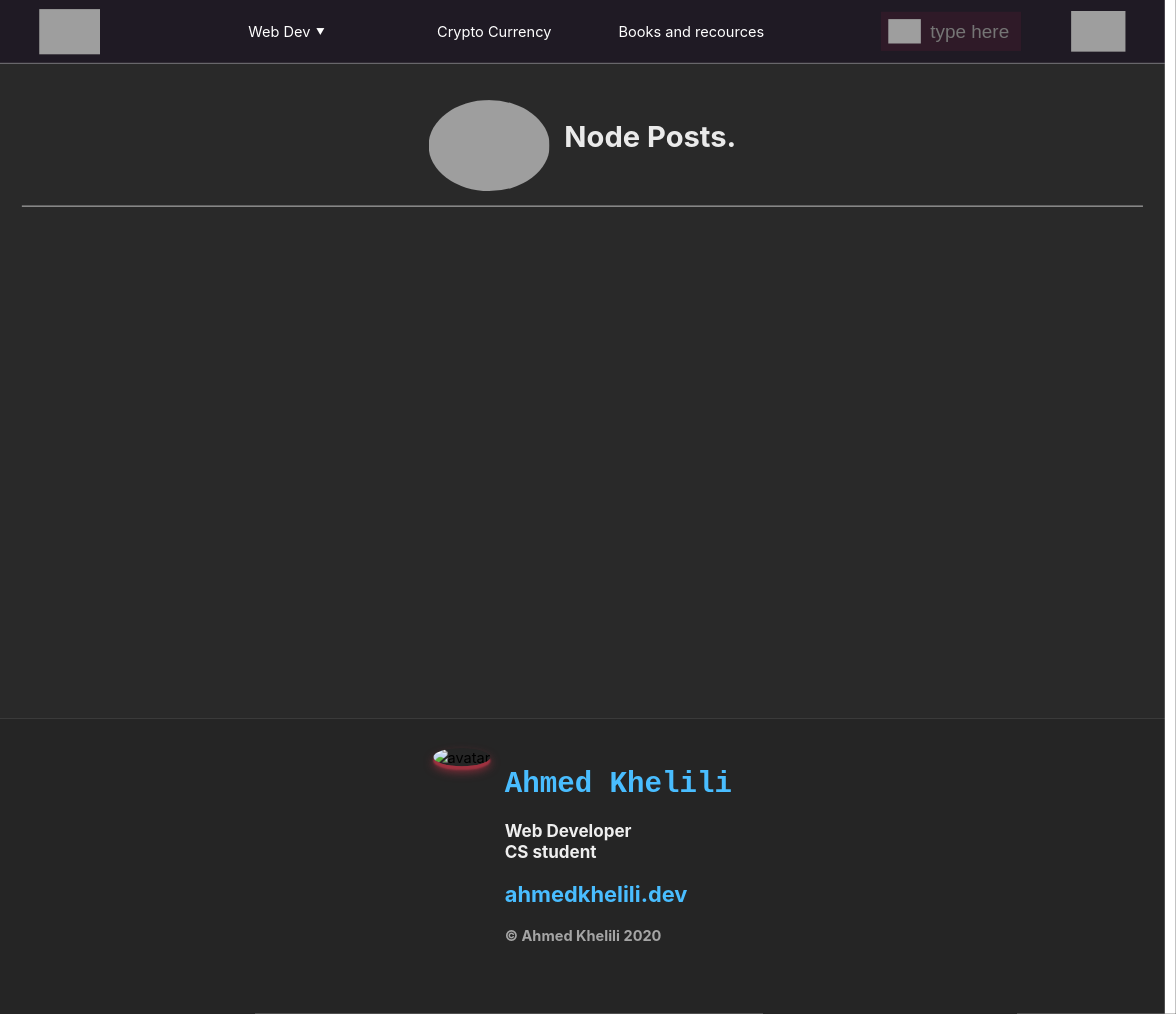
Repository: Midoukh/my-blog
Page: /WebDev/Node
An editor plug-in stored every save of this project. The page is shown before and after the next save, followed by the edit.
The browser window is 1280 px wide. The page is 1292 px wide, so the pictures cover 1292 px, including what lies to the right of the window. The pictures show the whole page, at 91% of full size.
Pictures or frames that could not be fetched are drawn as grey boxes. The page's requests for data from a server got no answer. Some web fonts or font styles are not loaded; a fallback is used. The project was rebuilt for these pictures with package versions that can differ from the ones it lists, and the page was loaded fresh each time. The framework's server and built-in components were replaced by stand-ins that run in the browser. No one was signed in, and anything a server would have sent is missing. Also part of the build but not shown: next.config.js, Components/Backdrop/Backdrop.jsx, Components/Form/Form.module.css, UI/Button/Button.module.css, UI/Button/Button.jsx, Components/Form/Form.jsx, Components/Nav/DropDown/DropDown.module.css, Components/Nav/DropDown/DropDown.jsx and 1 more.

Above is the page before, as saved 2021-12-26 17:59:46.

After the next save:
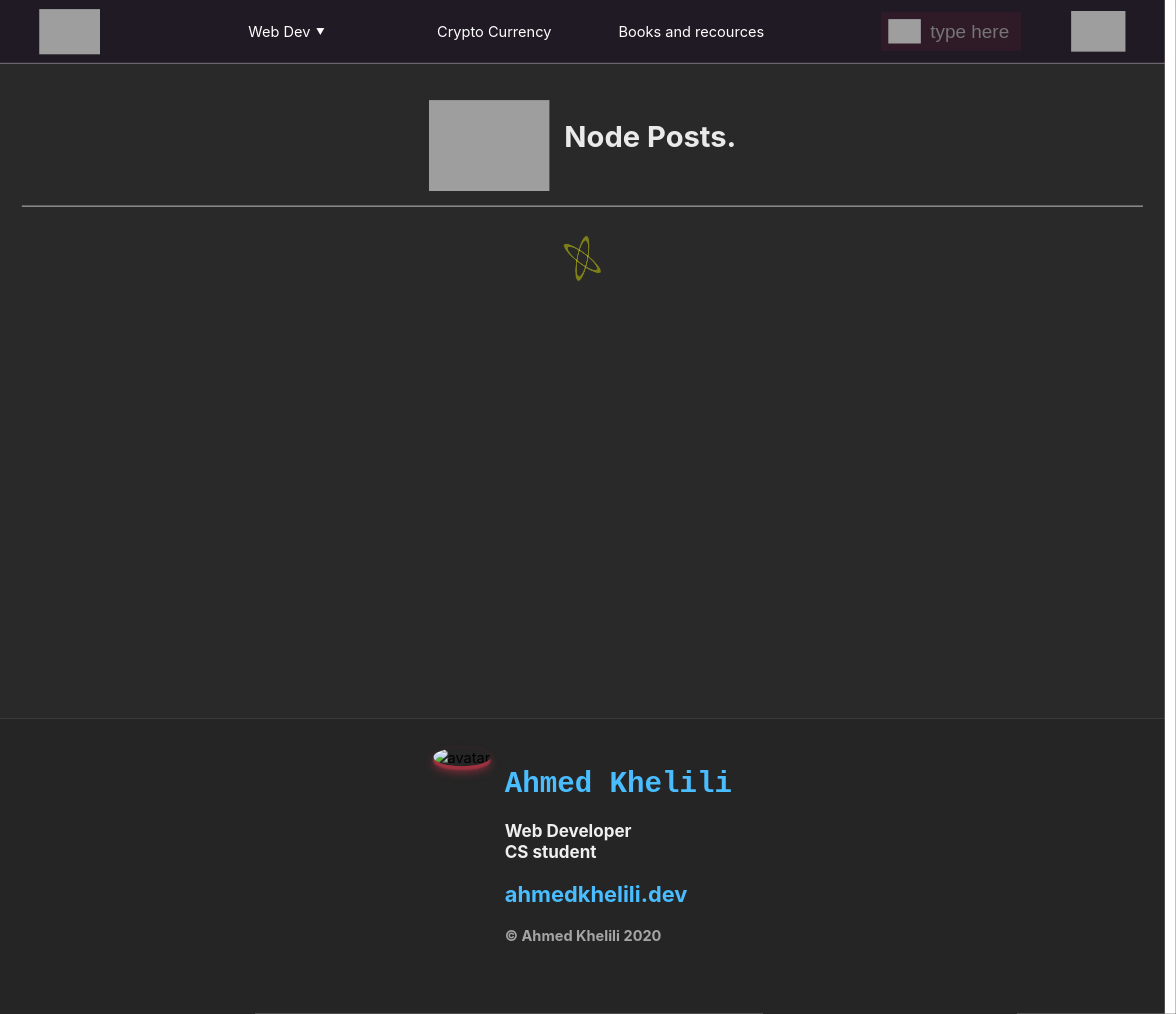
Saved 2 min 15 s later.
--- a/pages/WebDev/Node/index.jsx
+++ b/pages/WebDev/Node/index.jsx
@@ -1,43 +1,16 @@
 import React from "react";
 import styles from "../GlobalStyle/WebDevPosts.module.css";
 const nodeLogo = require("../../../public/Assets/node-js-icon.png");
-class NodePosts extends React.Component {
-  constructor(props) {
-    super(props);
-    this.state = {
-      data: [],
-      error: null,
-      isPosts: true,
-    };
-  }
-  componentDidMount() {
-    this.handleGetPosts();
-  }
-  handleGetPosts = async () => {
-    //categories
-    //react, node, java script, web assembly, books, crypto-currency
-    //others
-    try {
-      const res = await axios.get(`${origin}/blogs/get?category=node`);
-      console.log(res);
-      const posts = res.data.data ? res.data.data : [];
-      const isPosts = res.data.data.length ? true : false;
-      this.setState({ data: posts, isPosts });
-    } catch (err) {
-      console.log(err);
-      this.setState({ error: err.message });
-    }
-  };
-  render() {
-    return (
-      <main className={styles.WebDevPostsContainer}>
-        <header>
-          <img src={nodeLogo} style={{ borderRadius: "50%" }} />
-          <h1>Node Posts.</h1>
-        </header>
-      </main>
-    );
-  }
-}
+import BaseCategory from "../../../Components/BaseCategory";
+const NodePosts = ({}) => {
+  return (
+    <BaseCategory
+      category="node"
+      styles={styles}
+      postCategory="Node"
+      logo={nodeLogo}
+    />
+  );
+};
 
 export default NodePosts;
